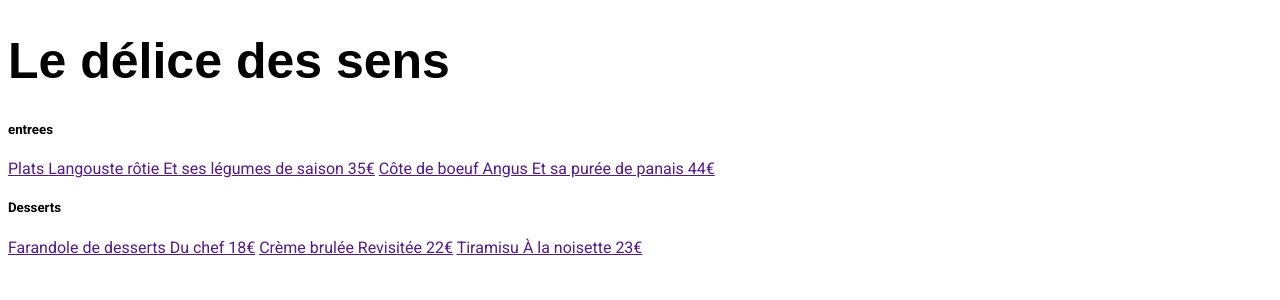
Repository: lysianebo/OHMYFOOD
Page: Le_délice_des sens.html
The author's editor kept a copy of each file at every save. The page is drawn from the files as they stood at one save, then again after the next save.
The browser window is 1280 px wide. The pictures show the whole page.
Some web fonts or font styles are not loaded; a fallback is used. Some web libraries are served in a nearby version.

Above is the page before, as saved 2022-10-22 16:15:16.

### Le_délice_des sens.html
<!DOCTYPE html>
<html lang="en">
<head>
    <meta charset="UTF-8">
    <meta http-equiv="X-UA-Compatible" content="IE=edge">
    <meta name="viewport" content="width=device-width, initial-scale=1.0">
    <link rel="stylesheet" href="public/css/main.css"/>

    <title>Document</title>
</head>
<body>
    <h1>Le délice des sens</h1>

   <h5>entrees</h5>
   <a href="" class="btn grey"Tartare de thon
    Assaisonné au yuzu
    25€

    <a href="" class="btn grey" Bouchée de homard croustillant
    Et sa farandole de petits légumes
    35€

    <a href="" class="btn grey"Velouté de cèpes
    Aux truffes
    20€

    <h5>Plats</h5>
    <a href="" class="btn grey"Poulet rôti aux herbes de Provence
    Et sa crème de truffe
    40€</a></a>


    <a href="" class="btn grey">Langouste rôtie Et ses légumes de saison
    35€</a>

    <a href="" class="btn grey">Côte de boeuf Angus
    Et sa purée de panais
    44€</a>

    <h5>Desserts</h5>
    <a href="" class="btn grey">Farandole de desserts
    Du chef
    18€</a>

    <a href="" class="btn grey">Crème brulée
    Revisitée
    22€</a>

    <a href="" class="btn grey">Tiramisu
    À la noisette
    23€</a>

</body>
</html>

### public/css/main.css
@import url("https://fonts.googleapis.com/css2?family=Roboto:wght@400;500;700;900&display=swap");
@import url("https://fonts.googleapis.com/css2?family=Shrikhand&display=swap");
@import url("https://cdnjs.cloudflare.com/ajax/libs/font-awesome/6.1.2/css/all.css");
body {
  font-family: Roboto, sans-serif;
  font-size: 16px;
}

h1 {
  font-family: Shrikhand, sans-serif;
  font-size: 50px;
  font-weight: 700;
  line-height: 1.1;
}

h4 {
  font-family: Shrikhand, sans-serif;
  font-size: 30px;
}

ul {
  list-style-type: none;
  text-decoration: none;
}

span {
  font-family: Roboto, sans-serif;
  font-size: 50px;
}

/*# sourceMappingURL=main.css.map */

After the next save:
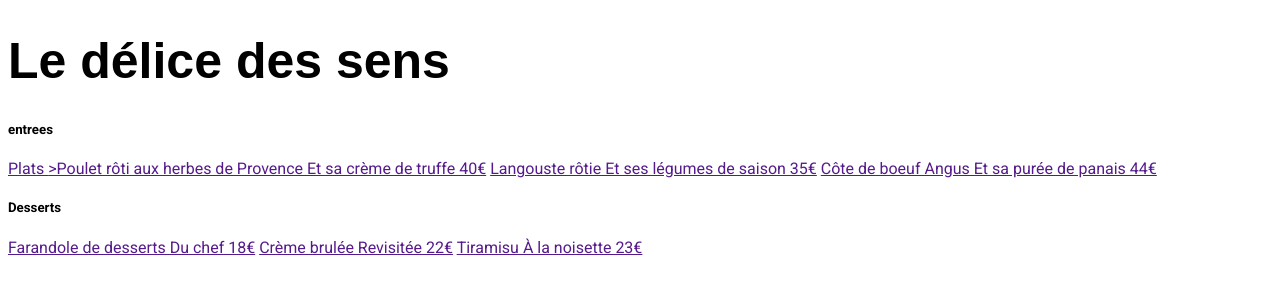
Saved 6 s later.
--- a/Le_délice_des sens.html
+++ b/Le_délice_des sens.html
@@ -25,7 +25,7 @@
     20€
 
     <h5>Plats</h5>
-    <a href="" class="btn grey"Poulet rôti aux herbes de Provence
+    <a href="" class="btn grey">>Poulet rôti aux herbes de Provence
     Et sa crème de truffe
     40€</a></a>
 
